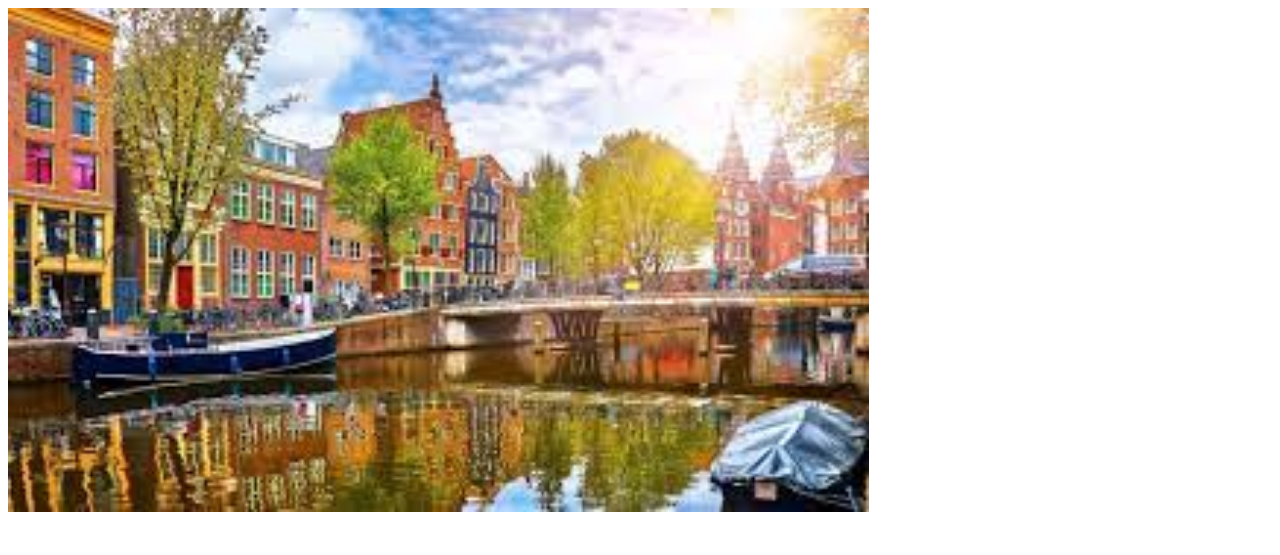
Repository: AytacSafarova/TAsk-11
Page: index.html
An editor plug-in stored every save of this project. The page is shown before and after the next save, followed by the edit.
The browser window is 1280 px wide. The pictures show the whole page.

Above is the page before, as saved 2023-08-31 21:38:36.

After the next save:
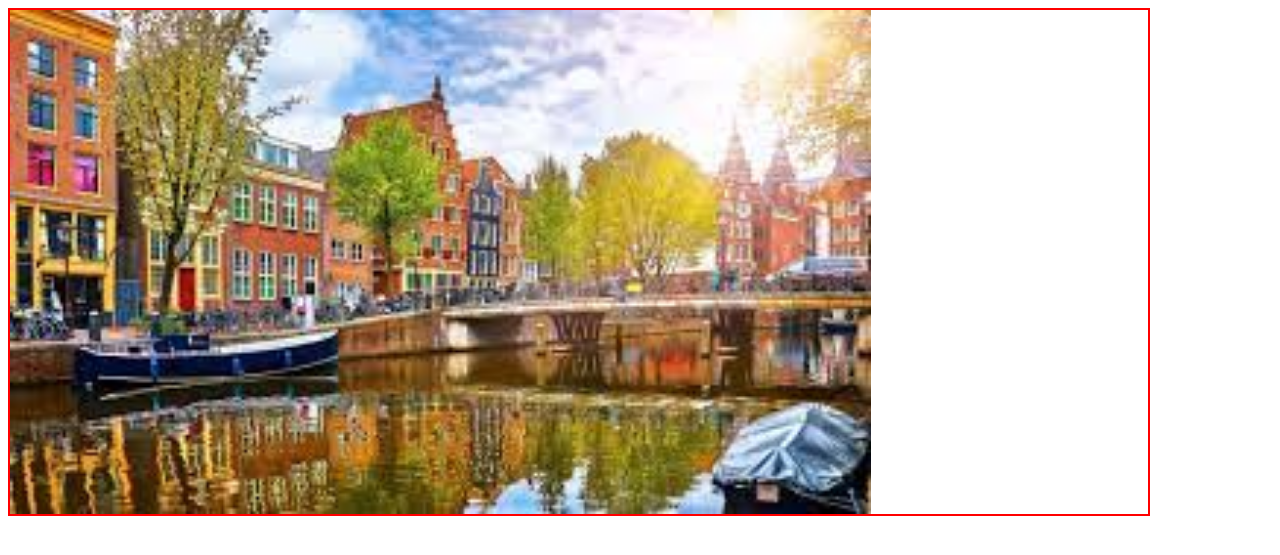
Saved 12 s later.
--- a/index.html
+++ b/index.html
@@ -10,7 +10,7 @@
         background-image: url('./download\ \(1\).jfif');
       min-height: 70vh;
         width: 90%;
-        border:  2px sold red;
+        border:  2px solid red;
         background-repeat: no-repeat;
         background-size: contain;
     }
